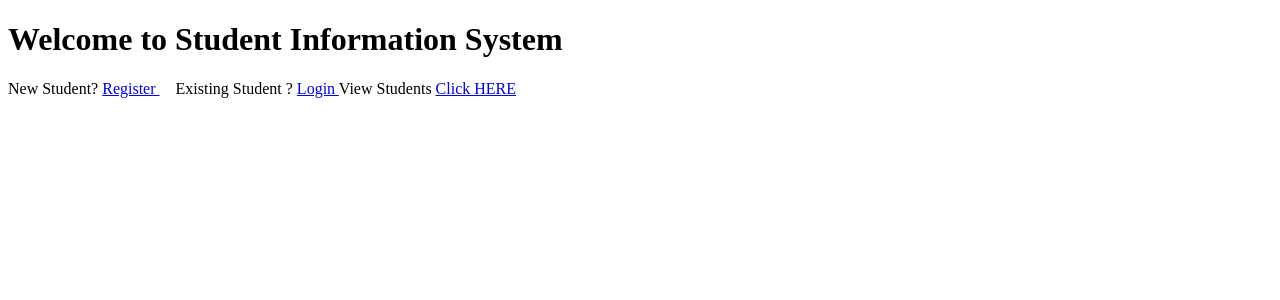
Repository: MarthaLaundyBlair/java-web-app
Page: http://localhost/banking/
These files come from the project's save history. The page is drawn as it stood at one moment and after the next save; the edit follows.
The browser window is 1280 px wide. The pictures show the whole page.
The page is served by Tomcat 9.

Above is the page before, as saved 2022-05-17 14:23:24.

After the next save:
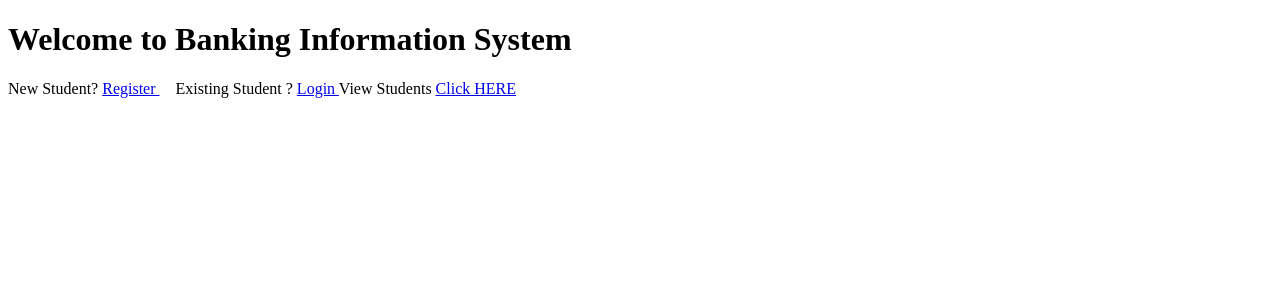
Saved 13 s later.
--- a/banking/src/main/webapp/index.jsp
+++ b/banking/src/main/webapp/index.jsp
@@ -8,7 +8,7 @@
 </head>
 <body>
 
-   <h1> Welcome to Student Information System </h1>
+   <h1> Welcome to Banking Information System </h1>
 
 
    New Student? <a href="register.jsp"> Register </a> &nbsp;&nbsp;&nbsp;
